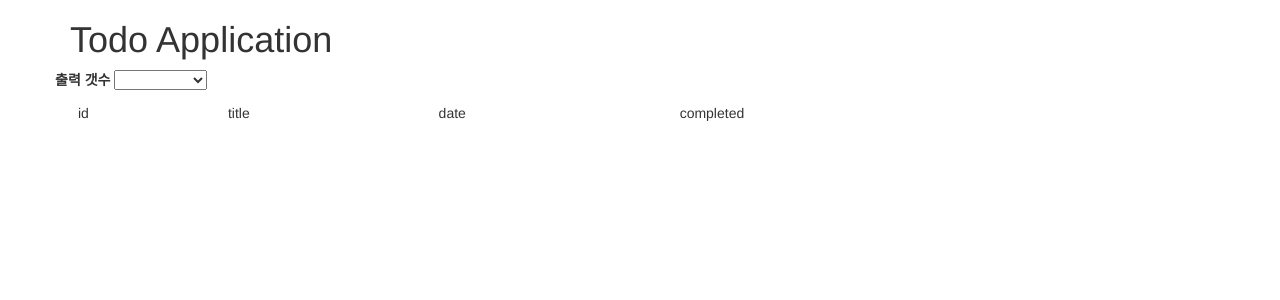
Repository: 92Hjun/spring
Page: http://localhost/spring-angular/home
An editor plug-in stored every save of this project. The page is shown before and after the next save, followed by the edit.
The browser window is 1280 px wide. The pictures show the whole page.
The page is served by Tomcat 9. Queries for data that is not in the repository find no rows.

Above is the page before, as saved 2017-05-02 07:06:06.

After the next save:
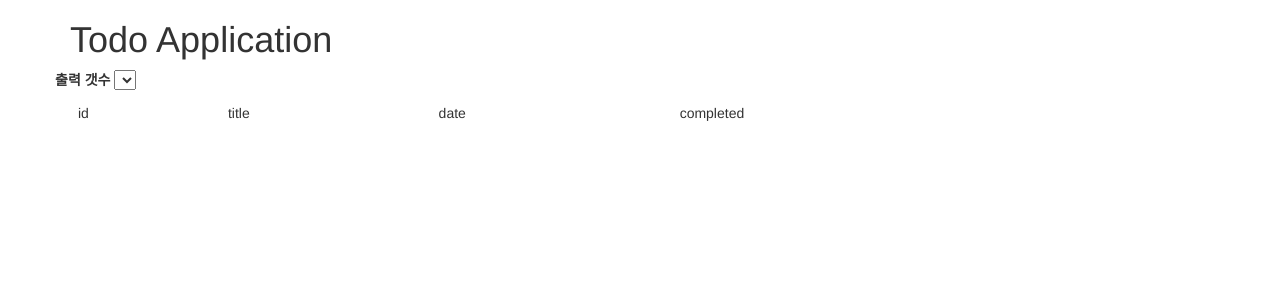
Saved 8 s later.
--- a/spring-angular/src/main/webapp/WEB-INF/views/home.jsp
+++ b/spring-angular/src/main/webapp/WEB-INF/views/home.jsp
@@ -145,9 +145,6 @@
 		<div class="row">
 			<label>출력 갯수</label>
 			<select ng-model="pageSize" ng-options="rows">
-				<option value="5"> 5개씩 보기 </option>
-				<option value="10"> 10개씩 보기 </option>
-				<option value="20"> 20개씩 보기 </option>
 			</select>
 		</div>
 
